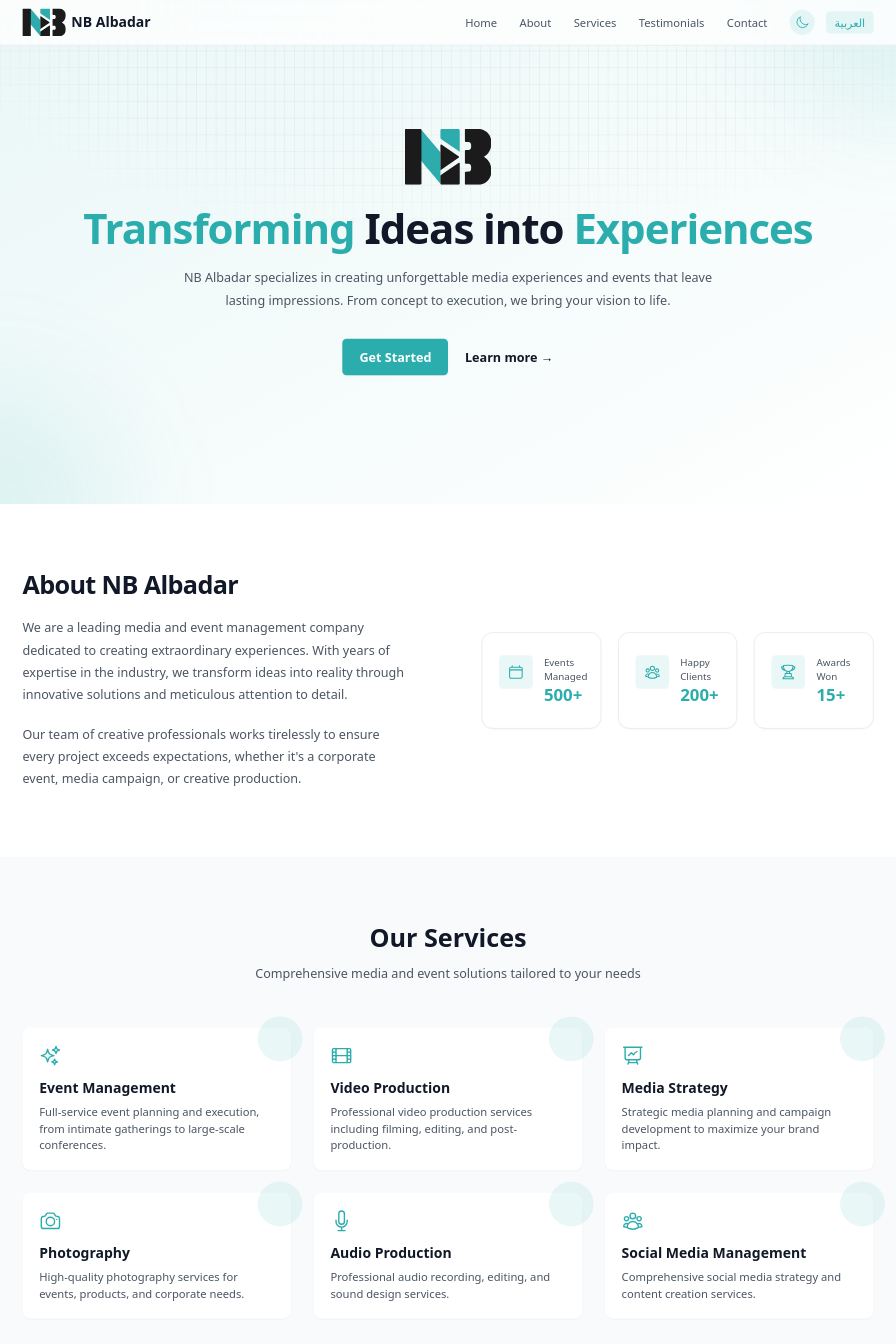
Repository: omartetano99/nb-albadr-website
Page: /
An editor plug-in stored every save of this project. The page is shown before and after the next save, followed by the edit.
The browser window is 1280 px wide. The pictures show the part of the page from y = 0 to 1920 px (the page is 3710 px tall), at 70% of full size.
The project was rebuilt for these pictures with package versions that can differ from the ones it lists, and the page was loaded fresh each time. The framework's server and built-in components were replaced by stand-ins that run in the browser. Also part of the build but not shown: next.config.mjs.

Above is the page before, as saved 2025-01-31 16:54:25.

After the next save:
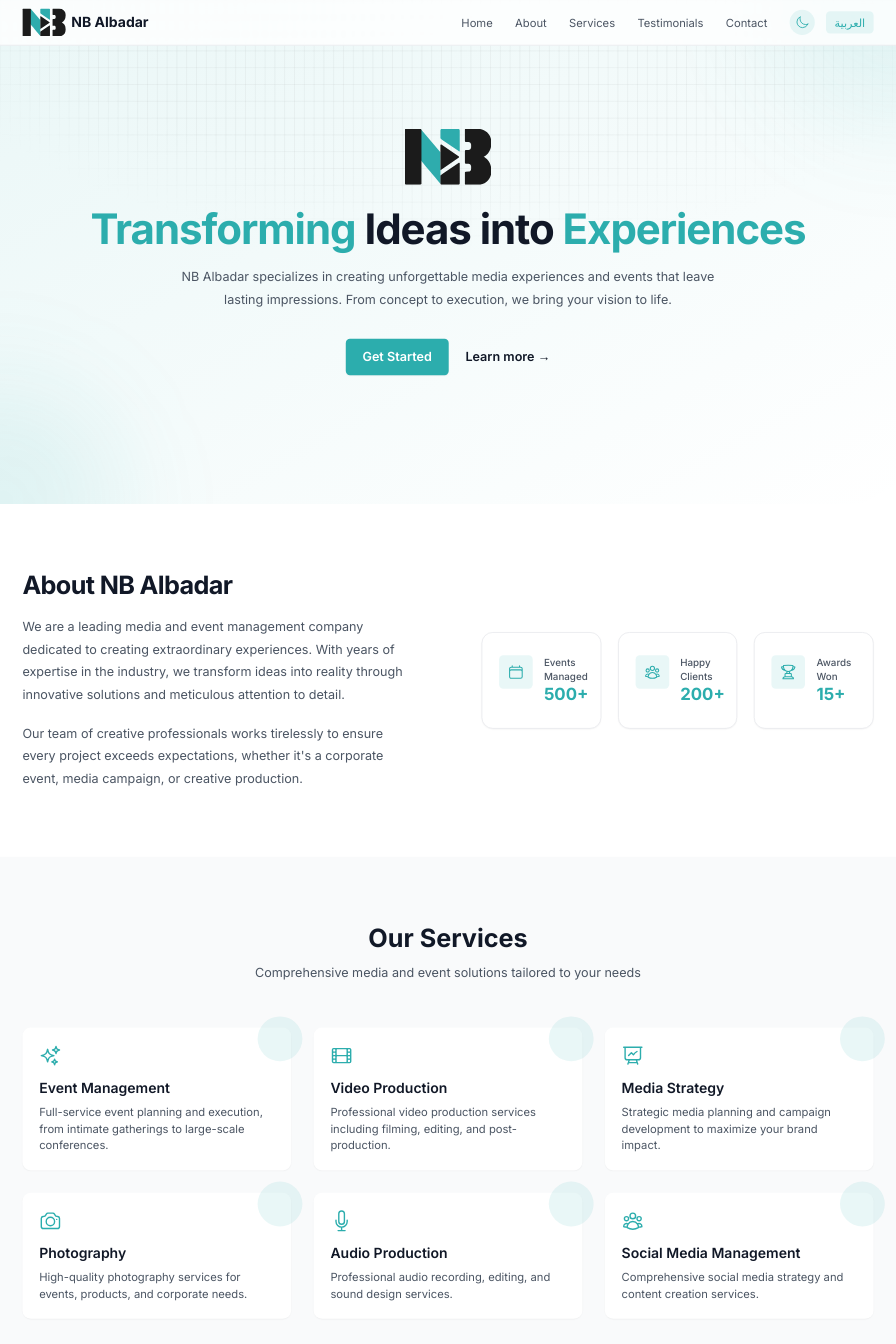
Saved 14 s later.
--- a/tailwind.config.ts
+++ b/tailwind.config.ts
@@ -17,6 +17,10 @@ const config: Config = {
         },
         background: "var(--background)",
         foreground: "var(--foreground)",
+      },
+      fontFamily: {
+        sans: ['var(--font-inter)'],
+        arabic: ['var(--font-arabic)'],
       },
       animation: {
         'fade-in': 'fadeIn 0.5s ease-in-out',
